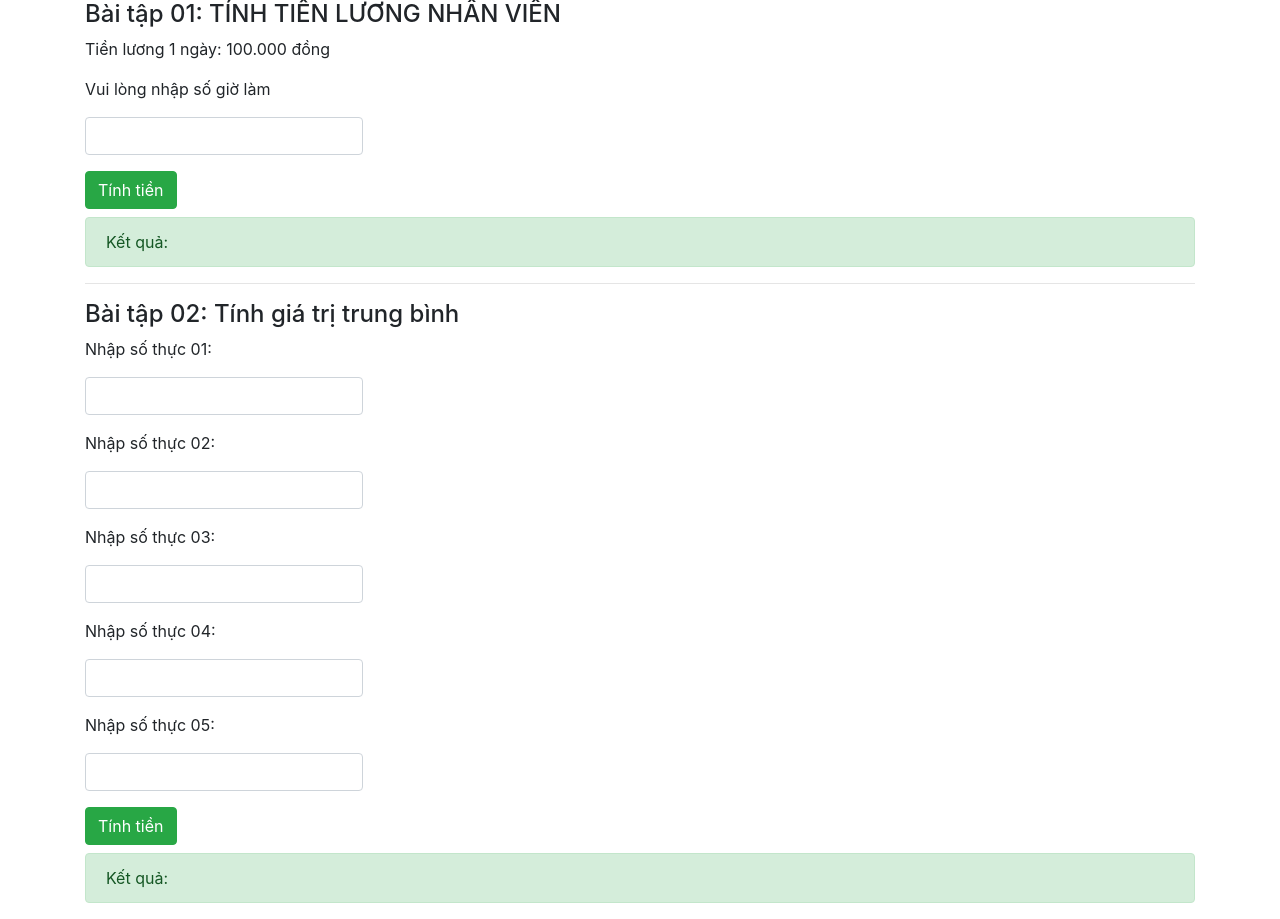
Repository: ducdatit2002/javascript-tinh-day13
Page: index.html
An editor plug-in stored every save of this project. The page is shown before and after the next save, followed by the edit.
The browser window is 1280 px wide. The pictures show the whole page.

Above is the page before, as saved 2023-08-14 00:00:32.

### index.html
<!DOCTYPE html>
<html lang="en">
  <head>
    <title>Bài tập JS Buổi 13</title>
    <!-- Required meta tags -->
    <meta charset="utf-8" />
    <meta
      name="viewport"
      content="width=device-width, initial-scale=1, shrink-to-fit=no"
    />

    <!-- Bootstrap CSS -->
    <link
      rel="stylesheet"
      href="https://stackpath.bootstrapcdn.com/bootstrap/4.3.1/css/bootstrap.min.css"
      integrity="sha384-ggOyR0iXCbMQv3Xipma34MD+dH/1fQ784/j6cY/iJTQUOhcWr7x9JvoRxT2MZw1T"
      crossorigin="anonymous"
    />
  </head>
  <body>
    <div class="container">
      <!-- Bài 1: TÍNH TIỀN LƯƠNG NHÂN VIÊN -->
      <div class="form-group">
        <h4>Bài tập 01: TÍNH TIỀN LƯƠNG NHÂN VIÊN</h4>
        <div class="form-group">
          <p>Tiền lương 1 ngày: 100.000 đồng</p>
        </div>
        <div class="form-group">
          <p>Vui lòng nhập số giờ làm</p>
          <input id="soGioLam" class="form-control w-25" />
        </div>
        <button
          onclick="tinhTongLuong()"
          id="btnTinhTien"
          class="btn btn-success"
        >
          Tính tiền
        </button>
        <div class="mt-2 alert alert-success">
          Kết quả: <span id="tongLuong"></span>
        </div>
      </div>
      <hr />
      <!-- Bài 2: TÍNH GIÁ TRỊ TRUNG BÌNH -->
      <div class="form-group">
        <h4>Bài tập 02: Tính giá trị trung bình</h4>
        <div class="form-group">
          <p>Nhập số thực 01:</p>
          <input id="sothuc01" class="form-control w-25" />
        </div>
        <div class="form-group">
          <p>Nhập số thực 02:</p>
          <input id="sothuc02" class="form-control w-25" />
        </div>
        <div class="form-group">
          <p>Nhập số thực 03:</p>
          <input id="sothuc03" class="form-control w-25" />
        </div>
        <div class="form-group">
          <p>Nhập số thực 04:</p>
          <input id="sothuc04" class="form-control w-25" />
        </div>
        <div class="form-group">
          <p>Nhập số thực 05:</p>
          <input id="sothuc05" class="form-control w-25" />
        </div>
        <button
          onclick="tinhTongSoThuc()"
          id="btnTongSoThuc"
          class="btn btn-success"
        >
          Tính tiền
        </button>
        <div class="mt-2 alert alert-success">
          Kết quả: <span id="tongLuong"></span>
        </div>
      </div>
    </div>

    <!-- Optional JavaScript -->
    <!-- jQuery first, then Popper.js, then Bootstrap JS -->
    <script
      src="https://code.jquery.com/jquery-3.3.1.slim.min.js"
      integrity="sha384-q8i/X+965DzO0rT7abK41JStQIAqVgRVzpbzo5smXKp4YfRvH+8abtTE1Pi6jizo"
      crossorigin="anonymous"
    ></script>
    <script
      src="https://cdnjs.cloudflare.com/ajax/libs/popper.js/1.14.7/umd/popper.min.js"
      integrity="sha384-UO2eT0CpHqdSJQ6hJty5KVphtPhzWj9WO1clHTMGa3JDZwrnQq4sF86dIHNDz0W1"
      crossorigin="anonymous"
    ></script>
    <script
      src="https://stackpath.bootstrapcdn.com/bootstrap/4.3.1/js/bootstrap.min.js"
      integrity="sha384-JjSmVgyd0p3pXB1rRibZUAYoIIy6OrQ6VrjIEaFf/nJGzIxFDsf4x0xIM+B07jRM"
      crossorigin="anonymous"
    ></script>
    <script src="./index.js"></script>
  </body>
</html>

### index.js
// BÀI 1: TÍNH TIỀN LƯƠNG NHÂN VIÊN
function tinhTongLuong() {
  //input: tienluong1h, so gio lam:number
  var tienLuong = 100000;
  var soGioLam = document.getElementById("soGioLam").value;
  //Kiểm tra input
  // console.log(tienLuong);
  // console.log(soGioLam);

  let tongLuong = 0;

  //progress
  tongLuong = tienLuong * soGioLam;

  document.getElementById("tongLuong").innerHTML = tongLuong.toLocaleString();
}

After the next save:
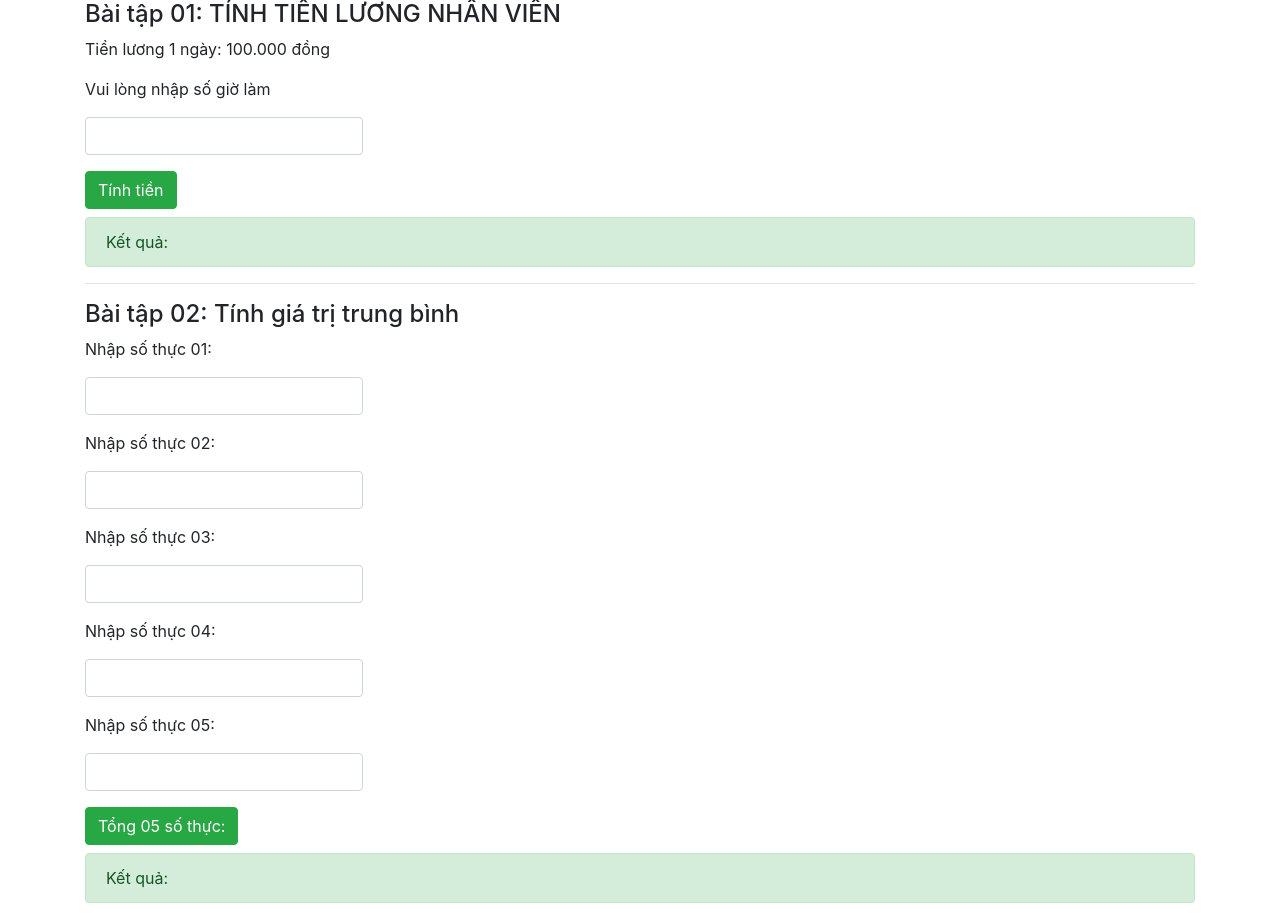
Saved 8 s later.
--- a/index.html
+++ b/index.html
@@ -69,7 +69,7 @@
           id="btnTongSoThuc"
           class="btn btn-success"
         >
-          Tính tiền
+          Tổng 05 số thực:
         </button>
         <div class="mt-2 alert alert-success">
           Kết quả: <span id="tongLuong"></span>
